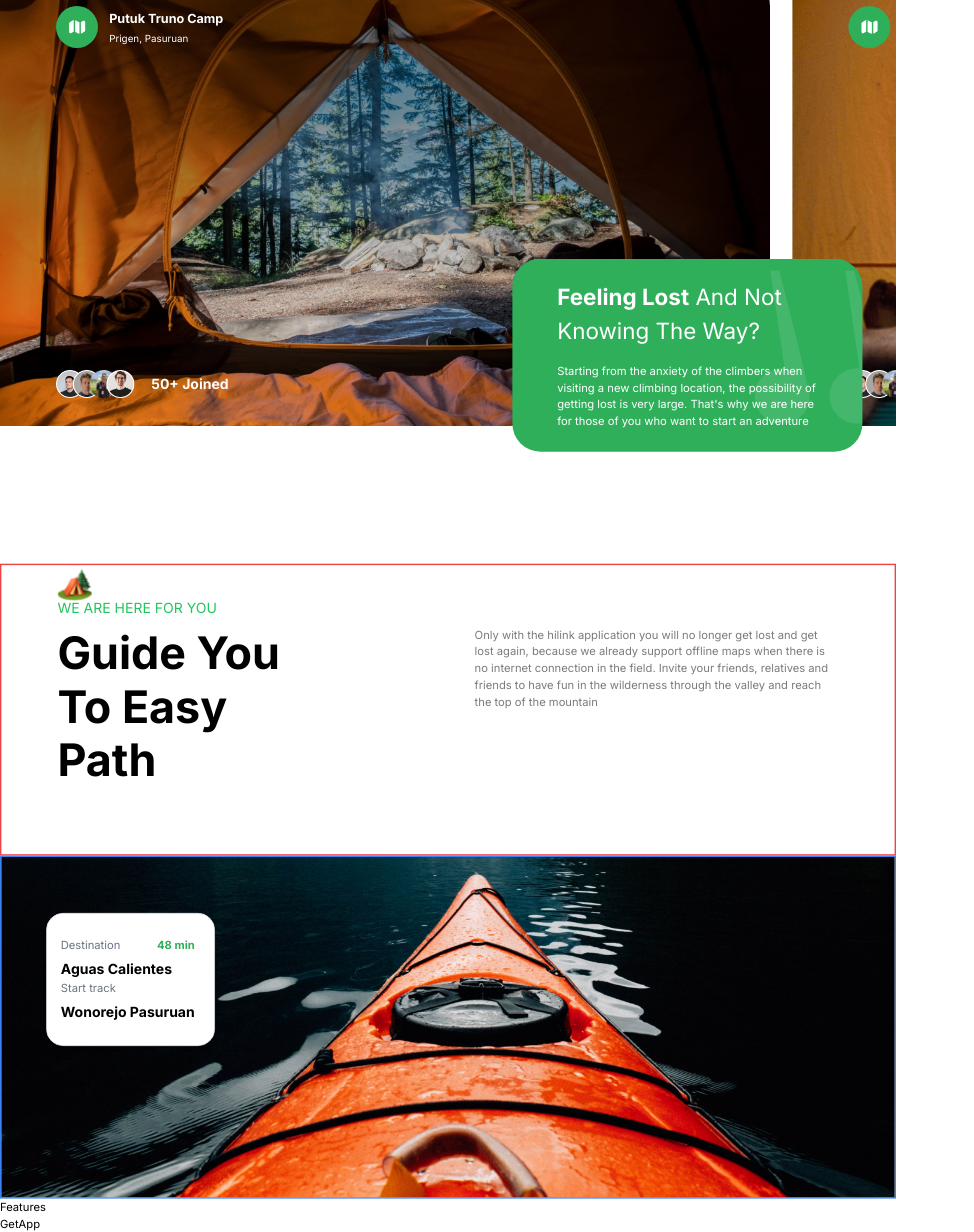
Repository: abdulrahmanmahmood/Travel-App
Page: /
The author's editor kept a copy of each file at every save. The page is drawn from the files as they stood at one save, then again after a run of saves.
The browser window is 1280 px wide. The page is 1392 px wide, so the pictures cover 1392 px, including what lies to the right of the window. The pictures show the part of the page from y = 966 to 2726 px (the page is 2726 px tall), at 70% of full size.
The project was rebuilt for these pictures with package versions that can differ from the ones it lists, and the page was loaded fresh each time. The framework's server and built-in components were replaced by stand-ins that run in the browser. Also part of the build but not shown: next.config.js.

Above is the page before, as saved 2023-11-08 11:16:43.

### app/layout.tsx
import './globals.css'
import type { Metadata } from 'next';
import './globals.css'
import Navbar from '@/components/Navbar';


export const metadata: Metadata = {
  title: 'Travel',
  description: 'Travel UI/UX App for camping',
}

export default function RootLayout({
  children,
}: {
  children: React.ReactNode
}) {
  return (
    <html lang="en">
      <body >
        <Navbar/>
        {children}
      </body>
    </html>
  )
}

### app/page.tsx
import Features from "@/components/Features"
import GetApp from "@/components/GetApp"
import Guide from "@/components/Guide"
import Hero from "@/components/Hero"
import Camp from "@/components/camp"

export default function Home() {
  return (
    <>
    <Hero/>
    <Camp/>
    <Guide/>
    <Features/>
    <GetApp/>
 </>
  )
}

### components/Navbar.tsx
import { NAV_LINKS } from "@/constants";
import Image from "next/image";
import Link from "next/link";
import Button from "./Button";

const Navbar = () => {
  return (
    <nav
      className=" flexBetween max-container padding-container relative z-30
    py-5"
    >
      <Link href="/">
        <Image src="/hilink-logo.svg" alt="logo" width={74} height={28} />
      </Link>
      <ul className="hidden h-full gap-12 lg:flex">
        {NAV_LINKS.map((link) => (
          <Link
            href={link.href}
            key={link.key}
            className="regular-16 text-gray-50 flexCenter cursor-pointer pb-1.5 transition-all hover:font-bold"
          >
            {link.label}
          </Link>
        ))}
      </ul>
      <div className="lg:flexCenter  hidden ">
        <Button
          type="button"
          title="Login"
          icon="/user.svg"
          variant="btn_dark_green"
        />
      </div>
      <Image
        src="/menu.svg"
        alt="menu"
        width={32}
        height={32}
        className="inline-block cursor-pointer lg:hidden"
      />
    </nav>
  );
};

export default Navbar;

### components/Features.tsx


function Features() {
  return (
    <div>Features</div>
  )
}

export default Features

### components/GetApp.tsx


function GetApp() {
  return (
    <div>GetApp</div>
  )
}

export default GetApp

### components/Guide.tsx
import Image from "next/image";

function Guide() {
  return (
    <section className="flexCenter flex-col">
      <div className="border-2 border-red-500 padding-container max-container w-full pb-24  ">
        <Image src="/camp.svg" alt="camp" width={50} height={50} />
        <p className="uppercase text-xl bold text-green-500 -mt-1 mb-3 ">
          WE ARE here FOR YOU
        </p>
        <div className="flex flex-wrap justify-between gap-5 lg:gap-10">
          <h2 className="capitalize  bold-40 lg:bold-64 xl:max-w-[390px]">
            Guide You to Easy Path
          </h2>
          <p className=" regular-16 text-gray-30 xl:max-w-[520px]">
            Only with the hilink application you will no longer get lost and get
            lost again, because we already support offline maps when there is no
            internet connection in the field. Invite your friends, relatives and
            friends to have fun in the wilderness through the valley and reach
            the top of the mountain
          </p>
        </div>
      </div>
      <div className=" flexCenter max-container relative w-full border-2 border-blue-500 ">
        <Image
          src="/boat.png"
          alt="image"
          width={1440}
          height={580}
          className="w-full object-cover object-center 2xl:rounded-5"
        />
        <div className="absolute flex bg-white py-8 pl-5 pr-7 gap-3 rounded-3xl border shadow-md md:left-[5%] lg:top-20">

          <div className="flexBetween flex-col ">
            <div className="flex w-full flex-col">
              <div className="flexBetween w-full ">
                <p className="regular-16 text-gray-500">Destination</p>
                <p className="bold-16 text-green-50">48 min</p>
              </div>
              <p className="bold-20 mt-2 ">Aguas Calientes</p>
            </div>
            <div className="flex w-full flex-col">
              <p className="regular-16 text-gray-500">Start track</p>
              <h4 className="bold-20 mt-2 whitespace-nowrap">Wonorejo Pasuruan</h4>
            </div>
          </div>
        </div>
      </div>
    </section>
  );
}

export default Guide;

### components/Hero.tsx
import Image from "next/image";
import Button from "./Button";

function Hero() {
  return (
    <section
      className="max-container padding-container flex flex-col gap-20
    py-10 pb-32 md:gap-27 lg:py-20  xl:flex-row"
    >
      <div className="hero-map" />
      {/* LEFT */}
      <div className="relative z-20 flex flex-1 flex-col xl:w-1/2">
        <Image
          src="/camp.svg"
          alt="camp"
          width={50}
          height={50}
          className="absolute left-[-5px] top-[-30px] w-10 lg:w-[50px]"
        />
        <h1 className="bold-52 lg:bold-88">Putuk Truno Camp Area</h1>
        <p className="regular-16 mt-6 text-gray-30 xl:max-w-[520px]">
          We want to be on each of your journeys seeking the satisfaction of
          seeing the incorruptible beauty of nature. We can help you on an
          adventure around the world in just one app
        </p>
        <div className="my-11 flex flex-wrap gap-5">
          <div className="flex items-center gap-2">
            {Array(5)
              .fill(1)
              .map((_, index) => (
                <Image
                  key={index}
                  src="/star.svg"
                  alt="star"
                  width={24}
                  height={24}
                />
              ))}
          </div>
          <p className="bold-16 lg:bold-20 text-blue-70">
            198k
            <span className="regular-16 lg:regular-20 ml-1 ">
              Excellent Reviews
            </span>
          </p>
        </div>
        <div className="flex flex-col w-full gap-3 sm:flex-row">
          <Button
            type={"button"}
            title={"Download App"}
            variant={"btn_green"}
          />
          <Button
            type={"button"}
            title={"How we work?"}
            variant={"btn_white_text"}
            icon="/play.svg"
          />
        </div>
      </div>
      <div className="relative flex flex-1 items-start ">
        <div className="relative z-20 w-[268px] flex-col gap-8 rounded-3xl bg-green-90 px-7 py-8">


          <div className="fle flex-col">

            <div className="flexBetween">
              <p className="regular-16 text-gray-20">Location</p>
              <Image src="/close.svg" alt="close" width={24} height={24} />
            </div>
            <p className="bold-20 text-white">Aguas Calientes</p>


          </div>


          <div className="flexBetween  pt-4">
            <div className="flex flex-col">
              <p className="regular-16 block text-gray-20">Distance</p>
              <p className="bold-20 text-white">173.28 mi</p>
            </div>
            <div className="flex flex-col">
              <p className="regular-16 block text-gray-20">Elevation</p>
              <p className="bold-20 text-white">2.040 km</p>
            </div>
          </div>
        </div>
      </div>
    </section>
  );
}

export default Hero;

### components/camp.tsx
import { PEOPLE_URL } from "@/constants";
import Image from "next/image";
import { type } from "os";

interface CampProps {
  backgroundImage: string;
  title: string;
  subtitle: string;
  peoplejoined: string;
}

const CampSite = ({
  backgroundImage,
  title,
  subtitle,
  peoplejoined,
}: CampProps) => {
  return (
    <div
      className={`h-full w-full min-w-[1100px] ${backgroundImage} bg-cover bg-no-repeat lg:rounded-r-5xl 2xl:rounded-5xl `}
    >
      <div className="flex h-full flex-col items-start justify-between p-6 lg:px-20 lg:py-10 ">
        <div className=" flexCenter gap-4">
          <div className="rounded-full bg-green-50 p-4">
            <Image src="/folded-map.svg" alt="folded" height={28} width={28} />
          </div>
          <div className="flex flex-col gap-1">
            <h4 className="bold-18 text-white">{title}</h4>
            <p className="regular-14 text-white">{subtitle}</p>
          </div>
        </div>
        <div className="flexCenter gap-6 ">
          <span className="flex -space-x-4 overflow-hidden">
            {PEOPLE_URL.map((url, index) => (
              <Image
                src={url}
                key={index}
                height={53}
                width={53}
                alt="alt"
                className="inline-block h-10 w-10 r-4"
              />
            ))}
          </span>
          <p className="bold-16 md:bold-20 text-white">{peoplejoined}</p>
        </div>
      </div>
    </div>
  );
};

function camp() {
  return (
    <section className=" 2xl:max-container relative flex flex-col py-10 lg-mb-10 lg:py-20 xl:mb-20">
      <div className="hide-scrollbar flex h-[340px] w-full items-start justify-start gap-8 overflow-x-auto lg:h[400px] xl:h-[640px]">
        <CampSite
          backgroundImage="bg-bg-img-1"
          title="Putuk Truno Camp"
          subtitle="Prigen, Pasuruan"
          peoplejoined="50+ Joined"
        />
        <CampSite
          backgroundImage="bg-bg-img-2"
          title="Mountain View Camp"
          subtitle="Somewhere in the Wilderness"
          peoplejoined="50+ Joined"
        />
      </div>

      <div className=" flexEnd  mt-10 px-6 lg:-mt-60 lg:mr-6 ">
        <div
          className="bg-green-50 p-8 lg:max-w-[500px] xl:max-[734px]
        xl:rounded-5xl xl:px-16 px:py-20 relative w-full overflow-hidden rounded-3xl "
        >
          <h2 className="regular-24 md:regular-32 2xl:regular-64 text-white capitalize">
            <strong>Feeling Lost</strong> And Not Knowing The Way?
          </h2>
          <p className="regular-14 xl:regular-16 mt-5 text-white">
            Starting from the anxiety of the climbers when visiting a new
            climbing location, the possibility of getting lost is very large.
            That's why we are here for those of you who want to start an
            adventure
          </p>
          <Image src='/quote.svg'
          alt="camp-2"
          width={186}
          height={219}
          className="camp-quote"
          />
        </div>
      </div>
    </section>
  );
}

export default camp;

### constants/index.ts
export const NAV_LINKS = [
  {href:"/", key:"home", label:"home"},
  { href: '/', key: 'how_hilink_work', label: 'How Hilink Work?' },
  { href: '/', key: 'services', label: 'Services' },
  { href: '/', key: 'pricing ', label: 'Pricing ' },
  { href: '/', key: 'contact_us', label: 'Contact Us' },
]

export const PEOPLE_URL = [
  '/person-1.png',
  '/person-2.png',
  '/acpc-modified (1).png',
  '/person-4.png',
];

### components/Button.tsx
import Image from "next/image";

type ButtonProps = {
  type: "button" | "submit";
  title: string;
  icon?: string;
  variant: string;
};

function Button({ type, title, icon, variant }: ButtonProps) {
  return (
    <button
      type={type}
      className={`flexCenter gap-3 rounded-full border ${variant}`}
    >
      {icon && <Image src={icon} alt={title} width={24} height={24} />}
      <label className="bold-16 whitespace-nowrap">{title}</label>
    </button>
  );
}

export default Button;

Loaded but not shown: app/globals.css (common file); tailwind.config.ts (common file)

After the next 2 saves:
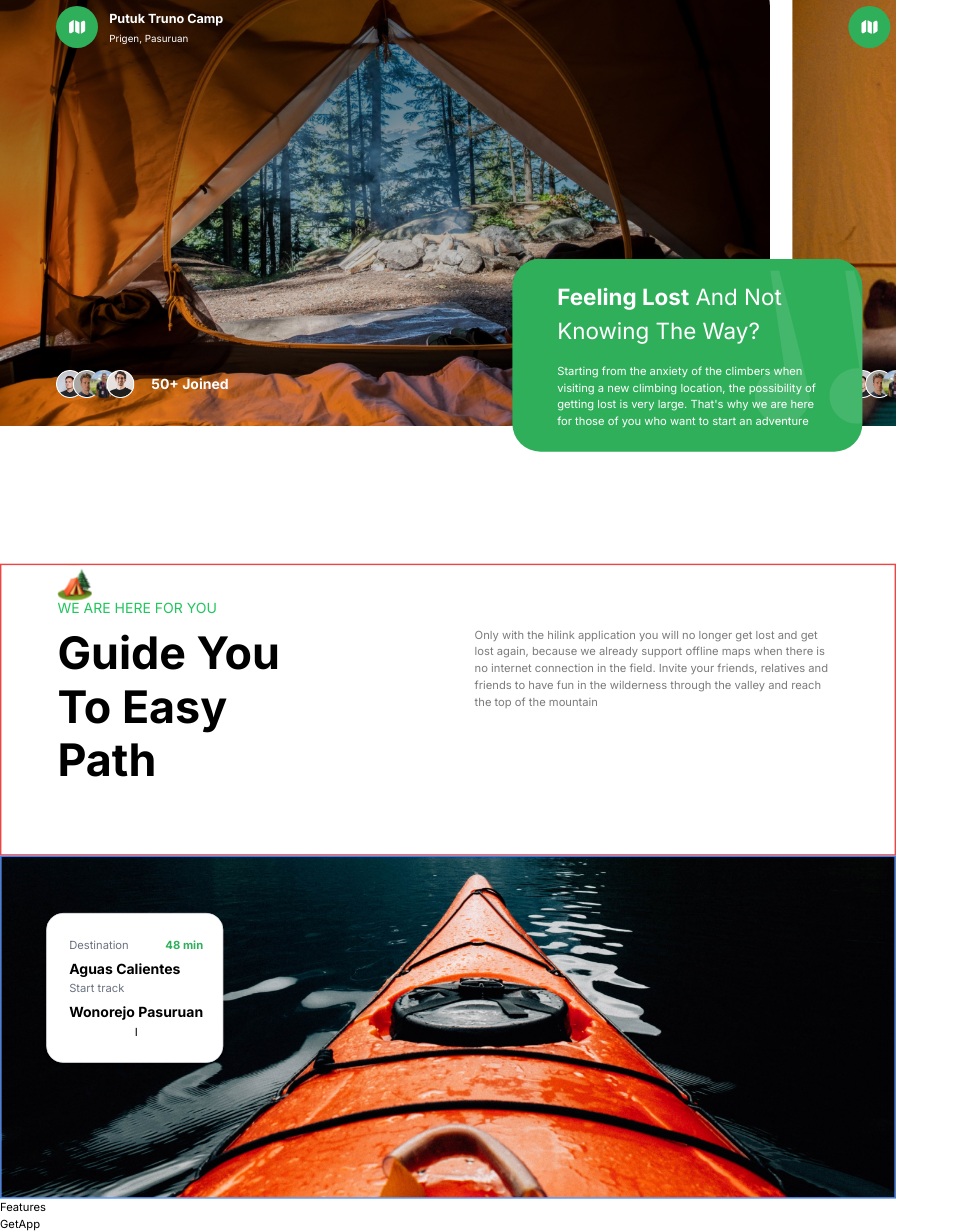
The 2 saves are shown as one change because they came seconds apart.
The last was saved 9 s later.
--- a/components/Guide.tsx
+++ b/components/Guide.tsx
@@ -30,7 +30,7 @@ function Guide() {
           className="w-full object-cover object-center 2xl:rounded-5"
         />
         <div className="absolute flex bg-white py-8 pl-5 pr-7 gap-3 rounded-3xl border shadow-md md:left-[5%] lg:top-20">
-
+          <Image/>
           <div className="flexBetween flex-col ">
             <div className="flex w-full flex-col">
               <div className="flexBetween w-full ">
@@ -43,7 +43,7 @@ function Guide() {
               <p className="regular-16 text-gray-500">Start track</p>
               <h4 className="bold-20 mt-2 whitespace-nowrap">Wonorejo Pasuruan</h4>
             </div>
-          </div>
+          I</div>
         </div>
       </div>
     </section>
